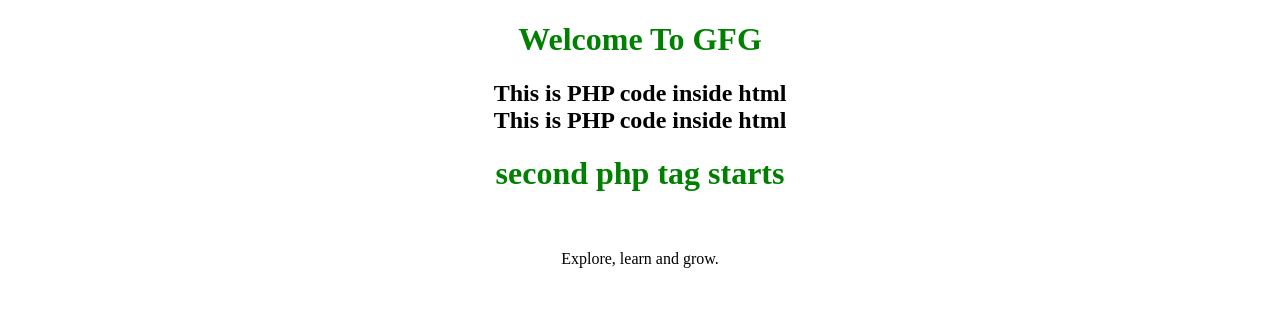
Repository: joyelmk/phpprojectgh
Page: http://localhost/example1.php
These files come from the project's save history. The page is drawn as it stood at one moment and after a run of saves; the edit follows.
The browser window is 1280 px wide. The pictures show the whole page.
The page is run by PHP 8.4 with error messages shown; the project is at /var/www/html/.

Above is the page before, as saved 2022-12-14 11:10:40.

After the next 2 saves:
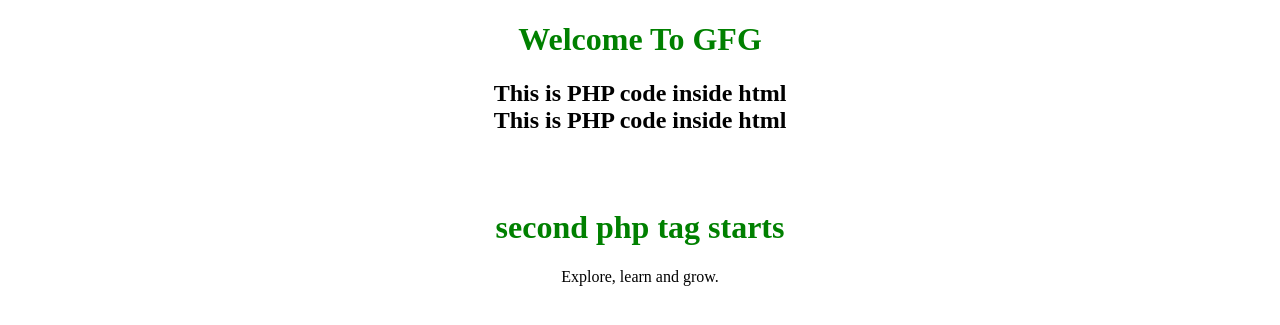
The 2 saves are shown as one change because they came seconds apart.
The last was saved 9 s later.
--- a/example1.php
+++ b/example1.php
@@ -19,9 +19,10 @@
             echo "This is PHP code inside html<br>";
             echo "This is PHP code inside html<br>";
         ?>
+        <br><br>
 <h1>second php tag starts</h1>
 
-<br><br>
+
         <?php
         echo 'Explore, learn and grow.'
         ?>
